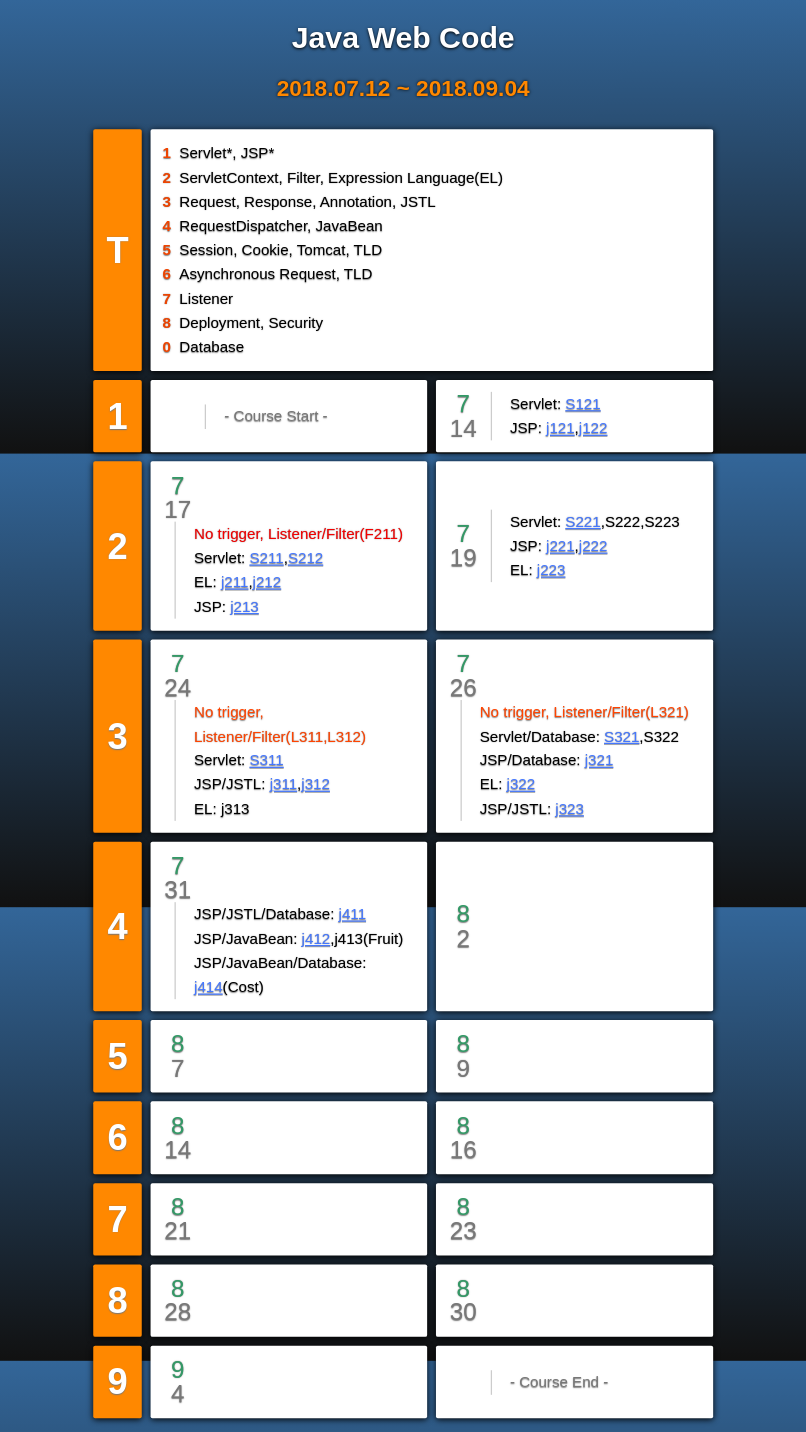
Repository: anxhuang/Java_Web
Page: http://localhost/code/index.jsp
An editor plug-in stored every save of this project. The page is shown before and after the next save, followed by the edit.
The browser window is 1280 px wide. The pictures show the whole page, at 63% of full size.
Backgrounds fixed to the window are drawn as part of the page. The page is served by Tomcat 9. Other server files are loaded and not shown.

Above is the page before, as saved 2018-07-31 12:32:50.

### code/WebContent/index.jsp
<%@ page language="java" pageEncoding="UTF-8"%>
<!DOCTYPE html>
<html>
<head>
<meta charset="BIG5">
<title>Insert title here</title>
<style>
	body{
		font-size: 0.25in;
		font-family: Arial;
		background: linear-gradient(#369, #111);
		background-attachment: fixed;
	}
	h1{
		color: #FFF;
		text-shadow: 0px 1px 5px #000;
		text-align: center;
	}
	h2{
		color: #F80;
		text-shadow: 0px 1px 5px #000;
		text-align: center;
	}
	red{
		color: #E40;
		font-weight: bold;
	}
	.orange{
		color: #FFF;
		font-size: 0.6in;
		text-align: center;
		background: #F80;
		font-weight: bold;
	}
	.date{
		width: 0.5in;
		color: #396;
		font-size: 0.4in;
		text-align: center;
	}
	.ex{
		padding-left: 0.3in;
		margin-left: 0.2in;
		border-left: 2px solid #CCC;
	}
	grey{
		color: #777;
	}
	table{
		width: 80%;
		margin: 0 auto;
		border-spacing: 0.15in;
	}
	td{
		color: #000;
		text-shadow: 0px 1px 2px #777;
		line-height: 0.4in;
		padding: 0.2in;
		background: rgba(255,255,255,1.0);
		box-shadow: 0px 2px 10px #000;
		border-radius: 3px;
		vertical-align: middle;
	}
	td div{
		display: inline-block;
		vertical-align: middle;
	}
	td:first-child{
		width: 8%;
	}
	td:nth-child(2){
		width: 46%;
	}
	td:nth-child(3){
		width: 46%;
	}
	a:link		{color: #47F;}
	a:visited	{color: #47F;}
</style>
</head>
<body>

	<h1>Java Web Code</h1><h2>2018.07.12 ~ 2018.09.04</h2>

	<table>
		<tbody>
			<tr>
				<td class="orange">T</td>
				<td colspan="2">
					<%@ page import="java.util.ArrayList" %>

					<%
					String topics[][]={
						{"1","Servlet*, JSP*"},
						{"2","ServletContext, Filter, Expression Language(EL)"},
						{"3","Request, Response, Annotation, JSTL"},
						{"4","RequestDispatcher, JavaBean"},
						{"5","Session, Cookie, Tomcat, TLD"},
						{"6","Asynchronous Request, TLD"},
						{"7","Listener"},
						{"8","Deployment, Security"},
						{"0","Database"},
					};
					for (String[] topic:topics){
						out.print("<red>"+topic[0]+"</red>&nbsp;&nbsp;"+topic[1]+"<br>");
					}
					%>
				</td>
			</tr>

				<%
					ArrayList<String>	date=new ArrayList<>();
					ArrayList<String>	ex=new ArrayList<>();
					date.add("");
					date.add("7<br><grey>14</grey>");
					date.add("7<br><grey>17</grey>");
					date.add("7<br><grey>19</grey>");
					date.add("7<br><grey>24</grey>");
					date.add("7<br><grey>26</grey>");
					date.add("7<br><grey>31</grey>");
					date.add("8<br><grey>2</grey>");
					date.add("8<br><grey>7</grey>");
					date.add("8<br><grey>9</grey>");
					date.add("8<br><grey>14</grey>");
					date.add("8<br><grey>16</grey>");
					date.add("8<br><grey>21</grey>");
					date.add("8<br><grey>23</grey>");
					date.add("8<br><grey>28</grey>");
					date.add("8<br><grey>30</grey>");
					date.add("9<br><grey>4</grey>");
					date.add("");
					ex.add("<grey>- Course Start -</grey>");
					ex.add("Servlet: <a href='S121'>S121</a><br>JSP: <a href='j121.jsp'>j121</a>,<a href='j122.jsp'>j122</a>");
					ex.add("<font color=#F40'>No trigger, Listener/Filter(F211)</font><br>Servlet: <a href='S211'>S211</a>,<a href='S212'>S212</a><br>EL: <a href='j211.jsp'>j211</a>,<a href='j212.jsp'>j212</a><br>JSP: <a href='j213.jsp'>j213</a>");
					ex.add("Servlet: <a href='S221'>S221</a>,S222,S223<br>JSP: <a href='j221.jsp'>j221</a>,<a href='j222.jsp'>j222</a><br>EL: <a href='j223.jsp'>j223</a>");
					ex.add("<font color='#F40'>No trigger, Listener/Filter(L311,L312)</font><br>Servlet: <a href='S311'>S311</a><br>JSP/JSTL: <a href='j311.jsp'>j311</a>,<a href='j312.jsp'>j312</a><br>EL: j313");
					ex.add("<font color='#F40'>No trigger, Listener/Filter(L321)</font><br>Servlet/Database: <a href='S321'>S321</a>,S322<br>JSP/Database: <a href='j321.jsp'>j321</a><br>EL: <a href='j322.jsp'>j322</a><br>JSP/JSTL: <a href='j323.jsp'>j323</a>");
					ex.add("JSP/JSTL/Database: <a href='j411.jsp'>j411</a><br>JSP/JavaBean: <a href='j412.jsp'>j412</a>,j413(Fruit)<br>JSP/JavaBean/Database: <a href='j414.jsp'>j414</a>(Cost)");
					ex.add("");
					ex.add("");
					ex.add("");
					ex.add("");
					ex.add("");
					ex.add("");
					ex.add("");
					ex.add("");
					ex.add("");
					ex.add("");
					ex.add("<grey>- Course End -</grey>");
					for (int i=1; i<=9; i++){
						out.print("<tr><td class='orange'>"+i+"</td><td><div class='date'>"+date.get(i*2-2)+"</div><div class='ex'>"+ex.get(i*2-2)+"</div></td><td><div class='date'>"+date.get(i*2-1)+"</div><div class='ex'>"+ex.get(i*2-1)+"</div></td></tr>");
					}
				%>
		</tbody>
	</table>
</body>
</html>

After the next save:
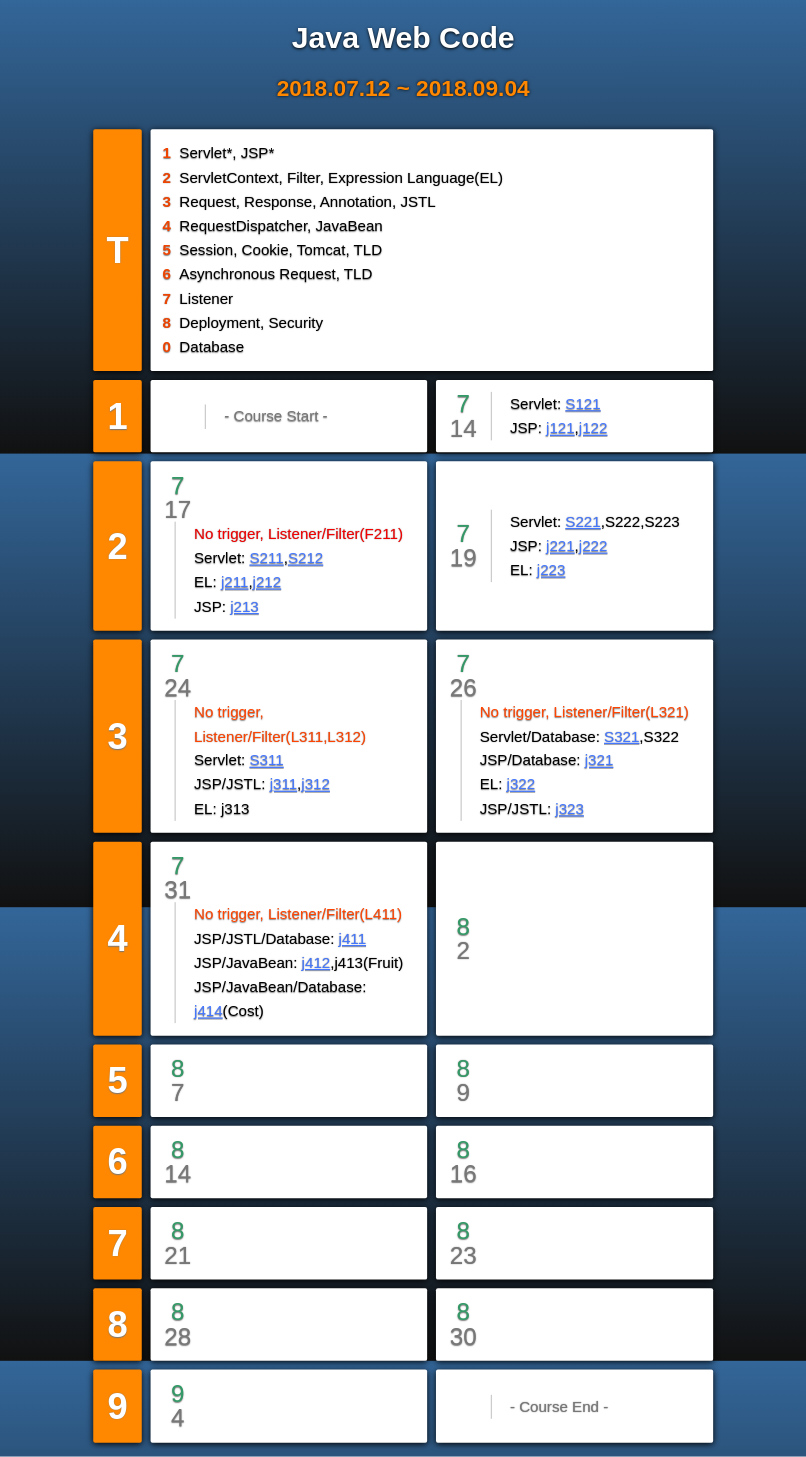
Saved 30 s later.
--- a/code/WebContent/index.jsp
+++ b/code/WebContent/index.jsp
@@ -135,7 +135,7 @@
 					ex.add("Servlet: <a href='S221'>S221</a>,S222,S223<br>JSP: <a href='j221.jsp'>j221</a>,<a href='j222.jsp'>j222</a><br>EL: <a href='j223.jsp'>j223</a>");
 					ex.add("<font color='#F40'>No trigger, Listener/Filter(L311,L312)</font><br>Servlet: <a href='S311'>S311</a><br>JSP/JSTL: <a href='j311.jsp'>j311</a>,<a href='j312.jsp'>j312</a><br>EL: j313");
 					ex.add("<font color='#F40'>No trigger, Listener/Filter(L321)</font><br>Servlet/Database: <a href='S321'>S321</a>,S322<br>JSP/Database: <a href='j321.jsp'>j321</a><br>EL: <a href='j322.jsp'>j322</a><br>JSP/JSTL: <a href='j323.jsp'>j323</a>");
-					ex.add("JSP/JSTL/Database: <a href='j411.jsp'>j411</a><br>JSP/JavaBean: <a href='j412.jsp'>j412</a>,j413(Fruit)<br>JSP/JavaBean/Database: <a href='j414.jsp'>j414</a>(Cost)");
+					ex.add("<font color='#F40'>No trigger, Listener/Filter(L411)</font><br>JSP/JSTL/Database: <a href='j411.jsp'>j411</a><br>JSP/JavaBean: <a href='j412.jsp'>j412</a>,j413(Fruit)<br>JSP/JavaBean/Database: <a href='j414.jsp'>j414</a>(Cost)");
 					ex.add("");
 					ex.add("");
 					ex.add("");
